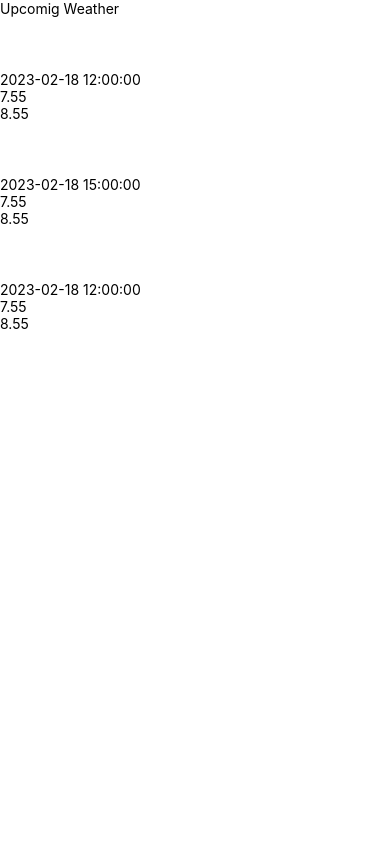
Repository: akinmiday/fcc
Screen: / (app in WeatherApp/)
An editor plug-in stored every save of this project. The screen is shown before and after the next save, followed by the edit.
The app was drawn by React Native's web renderer in a window 390 px wide. The project was rebuilt for these pictures with package versions that can differ from the ones it lists, and the page was loaded fresh each time. Also part of the build but not shown: WeatherApp/src/components/CurrentWeather.js.

Above is the screen before, as saved 2023-07-19 08:02:54.

### WeatherApp/App.js
import React from "react"
import { View, StyleSheet } from "react-native"
import CurrentWeather from "./src/components/CurrentWeather"
import UpcomingWeather from "./src/components/UpcomingWeather"

const App = () => {
  return (
    <View style={styles.container}>
      <UpcomingWeather />
    </View>
  )
}

const styles = StyleSheet.create({
  container: {
    flex: 1
  }
})

export default App

### WeatherApp/src/components/UpcomingWeather.js
import React from "react"
import {
  SafeAreaView,
  StyleSheet,
  Text,
  FlatList,
  View,
  StatusBar
} from "react-native"
import { Feather } from "@expo/vector-icons"

const DATA = [
  {
    dt_txt: "2023-02-18 12:00:00",
    main: {
      temp_max: 8.55,
      temp_min: 7.55
    },
    weather: [
      {
        main: "Clear"
      }
    ]
  },

  {
    dt_txt: "2023-02-18 15:00:00",
    main: {
      temp_max: 8.55,
      temp_min: 7.55
    },
    weather: [
      {
        main: "Clouds"
      }
    ]
  },
  {
    dt_txt: "2023-02-18 12:00:00",
    main: {
      temp_max: 8.55,
      temp_min: 7.55
    },
    weather: [
      {
        main: "Rain"
      }
    ]
  }
]

const Item = (props) => {
  const { dt_txt, min, max, condition } = props
  return (
    <View>
      <Feather name="sun" size={50} color="white" />
      <Text>{dt_txt}</Text>
      <Text>{min}</Text>
      <Text>{max}</Text>
    </View>
  )
}

const UpcomingWeather = () => {
  const renderItem = ({ item }) => (
    <Item
      condition={item.weather[0].main}
      dt_txt={item.dt_txt}
      min={item.main.temp_min}
      max={item.main.temp_max}
    />
  )
  return (
    <SafeAreaView style={styles.container}>
      <Text>Upcomig Weather</Text>
      <FlatList
        data={DATA}
        renderItem={renderItem}
        keyExtractor={(item) => item.dt_txt}
      />
    </SafeAreaView>
  )
}

const styles = StyleSheet.create({
  container: {
    flex: 1,
    marginTop: StatusBar.currentHeight || 0
  }
})

export default UpcomingWeather

After the next save:
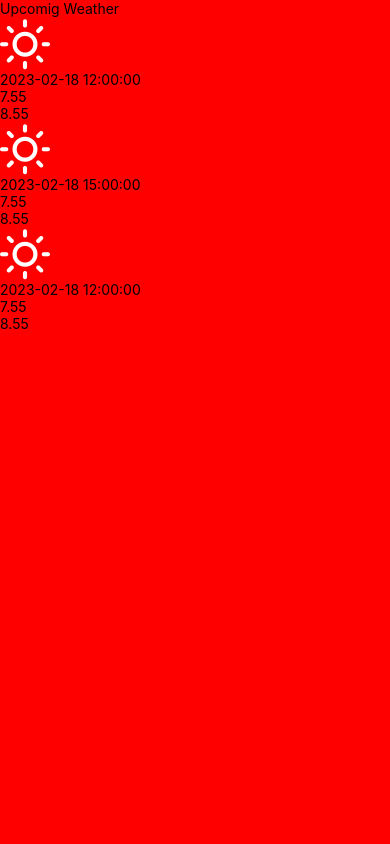
Saved 39 s later.
--- a/WeatherApp/src/components/UpcomingWeather.js
+++ b/WeatherApp/src/components/UpcomingWeather.js
@@ -85,7 +85,8 @@ const UpcomingWeather = () => {
 const styles = StyleSheet.create({
   container: {
     flex: 1,
-    marginTop: StatusBar.currentHeight || 0
+    marginTop: StatusBar.currentHeight || 0,
+    backgroundColor: "red"
   }
 })
 
